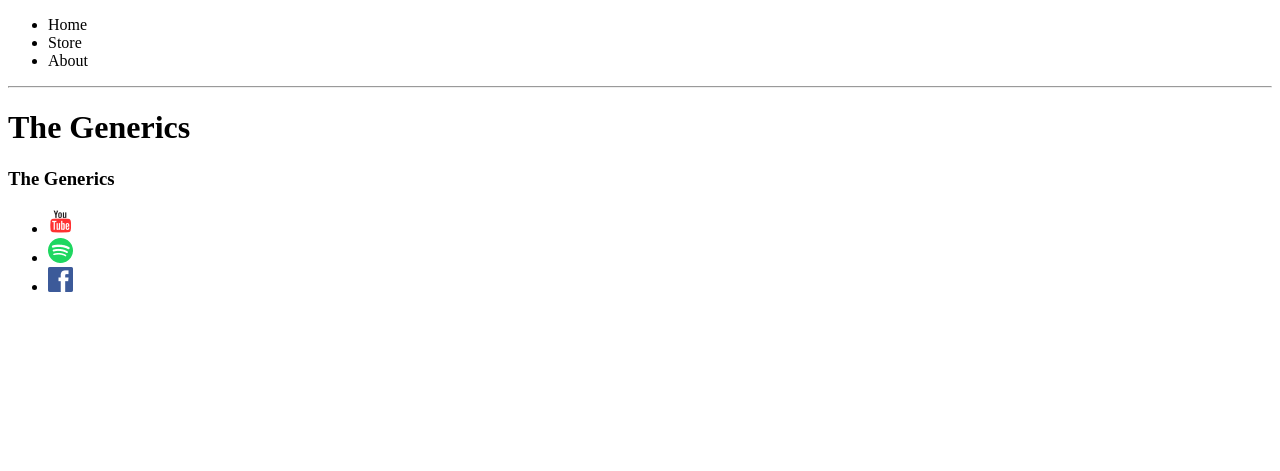
Repository: nazmulhaquep/WebDesign
Page: store.html
These files come from the project's save history. The page is drawn as it stood at one moment and after the next save; the edit follows.
The browser window is 1280 px wide. The pictures show the whole page.

Above is the page before, as saved 2023-11-22 12:42:15.

### store.html
<!DOCTYPE html>
<html lang="en">
<head>
    <meta charset="UTF-8">
    <meta name="viewport" content="width=device-width, initial-scale=1.0">
    <title>The Generics | Store</title>
    <meta name="description" content="This is the description">
</head>
<body>
    <header>
        <nav>
            <ul>
                <li>Home</li>
                <li>Store</li>
                <li>About</li>
            </ul>
        </nav>
        <hr/>
        <h1> The Generics </h1>
    </header>

    <section>

    </section>

    <section></section>

    <section></section>
    <footer>
        <h3>The Generics</h3>
        <ul>
            <li><img src="images/YouTube Logo.png"> </li>
            <li><img src="images/Spotify Logo.png"> </li>
            <li><img src="images/Facebook Logo.png"> </li>
        </ul>
    </footer>
</body>
</html>

After the next save:
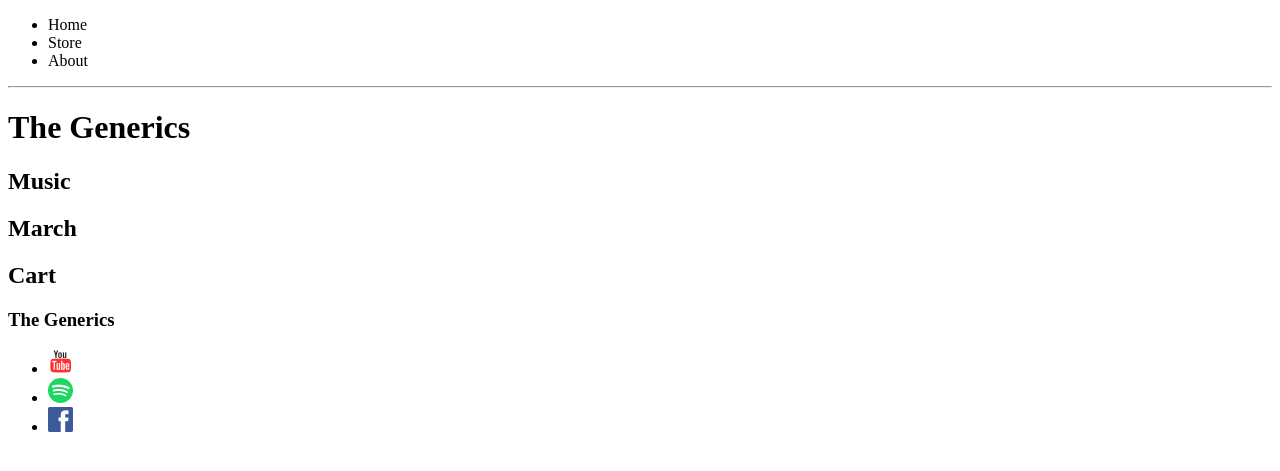
Saved 62 s later.
--- a/store.html
+++ b/store.html
@@ -20,12 +20,16 @@
     </header>
 
     <section>
-
+        <h2>Music</h2>
     </section>
 
-    <section></section>
+    <section>
+        <h2>March</h2>
+    </section>
 
-    <section></section>
+    <section>
+        <h2>Cart</h2>
+    </section>
     <footer>
         <h3>The Generics</h3>
         <ul>
